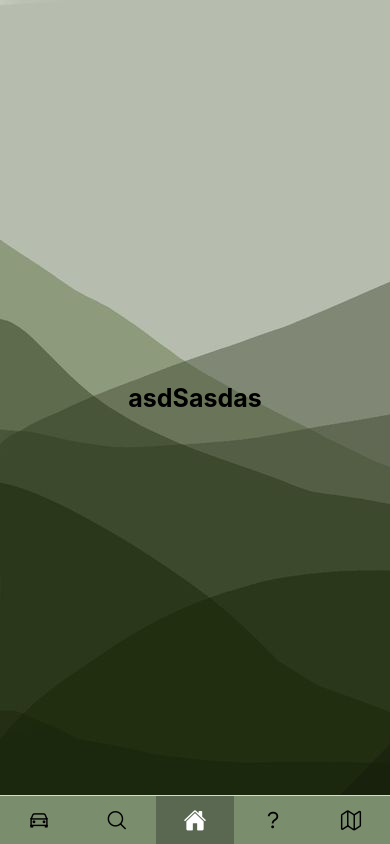
Repository: GabrielAron/EcoWheels
Screen: /Home
These files come from the project's save history. The screen is drawn as it stood at one moment and after the next save; the edit follows.
The app was drawn by React Native's web renderer in a window 390 px wide. The project was rebuilt for these pictures with package versions that can differ from the ones it lists, and the page was loaded fresh each time. Also part of the build but not shown: src/Paginas/Carros/index.js, src/Paginas/Ajuda/index.js, src/Paginas/Mapa/index.js.

Above is the screen before, as saved 2023-11-07 12:50:44.

### App.js
import React from 'react';
import Routes from './src/Paginas/routes';


export default function App() {
  return (
    <Routes />
  );

}

### src/Paginas/routes.js
import React from 'react';
import { createBottomTabNavigator } from '@react-navigation/bottom-tabs';
import { NavigationContainer } from '@react-navigation/native';
import { Ionicons } from '@expo/vector-icons';

import Home from './Home';
import Explorar from './Carros';
import Ajuda from './Ajuda';
import Reservas from './Locacoes';
import Recarga from './Mapa';

const Tab = createBottomTabNavigator();

export default function Routes() {
  return (
    <NavigationContainer>
      <Tab.Navigator
        tabBarOptions={{
          showLabel: false, // Oculta as etiquetas de texto das guias
          style: {
            height: 60,
            backgroundColor: '#f5f5f5',
          },
          tabBarStyle:{
            position: 'absolute',
            borderTopWidth: 0,
            elevation: 0,
            backgroundColor: '#7A8D6D',
            height: 80, // Ajuste a altura conforme necessário
            borderRadius: 10,
            bottom: 14,
            left: 14,
            right: 14,
          },
          tabStyle: {
            elevation: 0,
          },
          inactiveBackgroundColor: '#7A8D6D',
          activeBackgroundColor: '#5A6851',
        }}
      >
        <Tab.Screen
          name="Reservas"
          component={Reservas}
          options={{
            headerShown: false,
            tabBarIcon: ({ color, size, focused }) => {
              if (focused) {
                return <Ionicons name="md-car" size={23} color="#FFF" />;
              } else {
                return <Ionicons name="md-car-outline" size={23} color="#000000" />;
              }
            },
          }}
        />
        <Tab.Screen
          name="Explorar"
          component={Explorar}
          options={{
            headerShown: false,
            tabBarIcon: ({ color, size, focused }) => {
              if (focused) {
                return <Ionicons name="md-search" size={23} color="#FFF" />;
              } else {
                return <Ionicons name="md-search-outline" size={23} color="#000000" />;
              }
            },
          }}
        />
        <Tab.Screen
          name="Home"
          component={Home}
          options={{
            headerShown: false,
            tabBarIcon: ({ color, size, focused }) => {
              if (focused) {
                return <Ionicons name="md-home" size={23} color="#FFF" />;
              } else {
                return <Ionicons name="md-home-outline" size={23} color="#000000" />;
              }
            },
          }}
        />
        <Tab.Screen
          name="Ajuda"
          component={Ajuda}
          options={{
            headerShown: false,
            tabBarIcon: ({ color, size, focused }) => {
              if (focused) {
                return <Ionicons name="md-help" size={23} color="#FFF" />;
              } else {
                return <Ionicons name="md-help-outline" size={23} color="#000000" />;
              }
            },
          }}
        />
        <Tab.Screen
          name="Recarga"
          component={Recarga}
          options={{
            headerShown: false,
            tabBarIcon: ({ color, size, focused }) => {
              if (focused) {
                return <Ionicons name="md-map" size={23} color="#FFF" />;
              } else {
                return <Ionicons name="md-map-outline" size={23} color="#000000" />;
              }
            },
          }}
        />
      </Tab.Navigator>
    </NavigationContainer>
  );
}

### src/Paginas/Home/index.js
import React from 'react';
import { View, Text, ImageBackground, StyleSheet } from 'react-native';
import Fundo from '/imagens/fundoverde.jpg';

export default function Home() {
  return (
    <View style={styles.container}>
      <ImageBackground source={Fundo} style={styles.image}>
        <Text style={styles.text}>asdSasdas</Text>
      </ImageBackground>
    </View>
  );
}

const styles = StyleSheet.create({
  container: {
    flex: 1,
  },
  image: {
    flex: 1,
    resizeMode: 'cover',
    justifyContent: 'center',
  },
  text: {
    fontSize: 25,
    color: '#000',
    fontWeight: 'bold',
    textAlign: 'center',
  },
});

### src/Paginas/Locacoes/index.js
import { View, Text, Image, StyleSheet,} from 'react-native';

export default function Reservas(){
return(
    <View style={styles.container}>
        <Text style={styles.Text}>Pagina Home</Text>
    </View>
);
}

const styles = StyleSheet.create({
    container:{
        flex:1,
        justifyContent:'center',
        alignItems:'center',
    },
     text:{
        fontSize:25,
        color:"#000",
        fontWeight:'bold',
     }

});

After the next save:
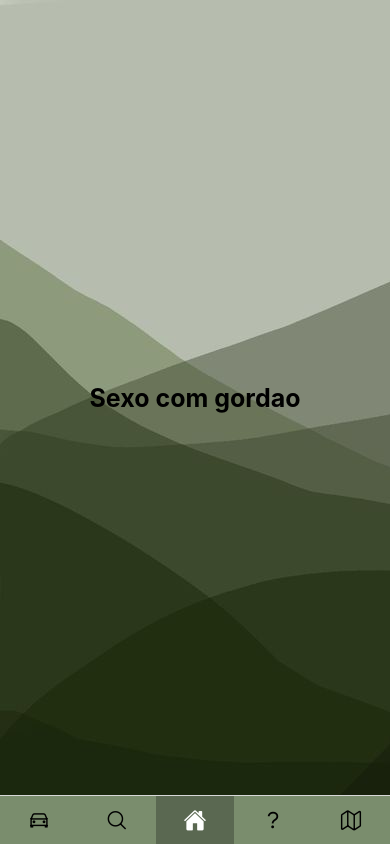
Saved 6 s later.
--- a/src/Paginas/Home/index.js
+++ b/src/Paginas/Home/index.js
@@ -6,7 +6,7 @@ export default function Home() {
   return (
     <View style={styles.container}>
       <ImageBackground source={Fundo} style={styles.image}>
-        <Text style={styles.text}>asdSasdas</Text>
+        <Text style={styles.text}>Sexo com gordao</Text>
       </ImageBackground>
     </View>
   );
